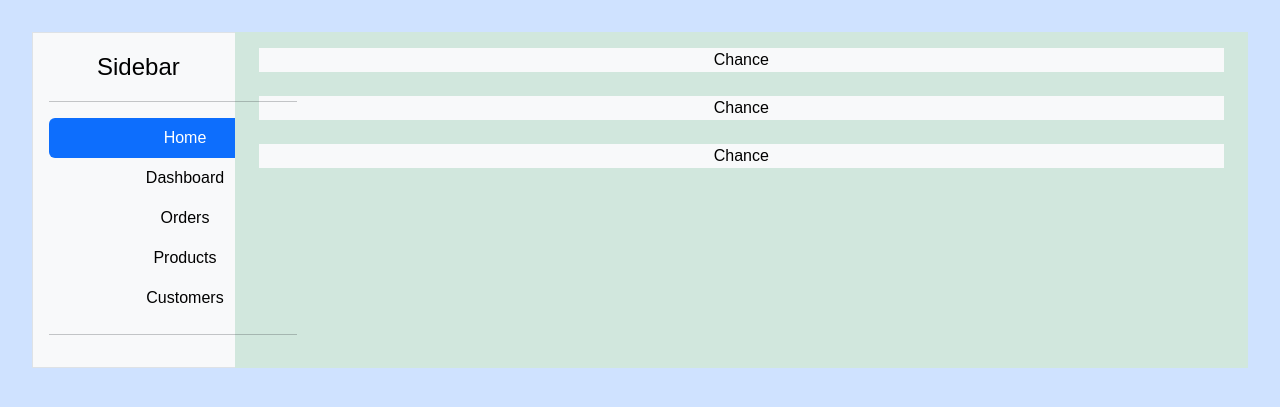
Repository: chancellor-w-whitaker/bec-tab
Page: /
The author's editor kept a copy of each file at every save. The page is drawn from the files as they stood at one save, then again after the next save.
The browser window is 1280 px wide. The pictures show the whole page.
Some web fonts or font styles are not loaded; a fallback is used. The project was rebuilt for these pictures with package versions that can differ from the ones it lists, and the page was loaded fresh each time. Also part of the build but not shown: vite.config.js.

Above is the page before, as saved 2024-01-07 01:16:22.

After the next save:
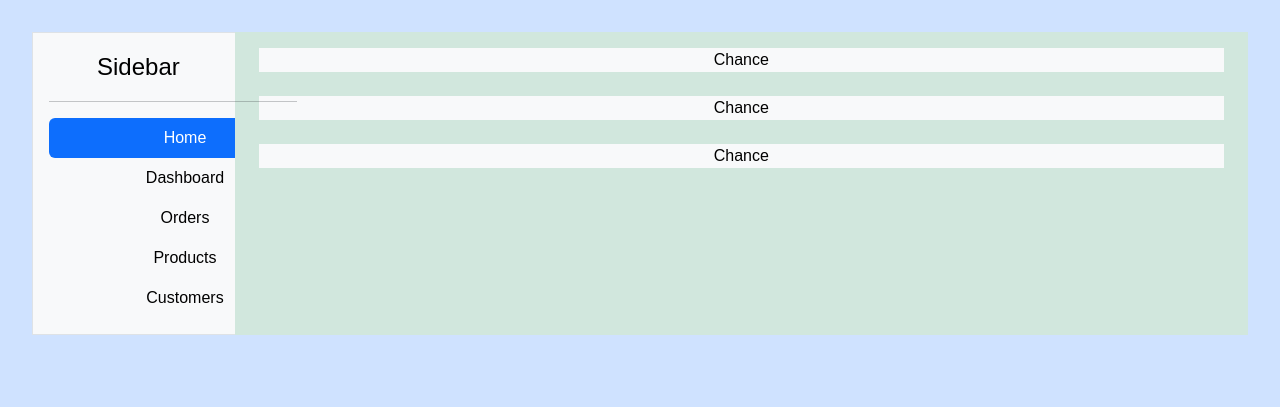
Saved 24 s later.
--- a/src/App.jsx
+++ b/src/App.jsx
@@ -126,7 +126,6 @@ const App = () => {
                 </a>
               </li>
             </ul>
-            <hr />
           </div>
         </div>
         <div className="col-md-9 ms-sm-auto col-lg-10 px-md-4 py-3 bg-success-subtle">
